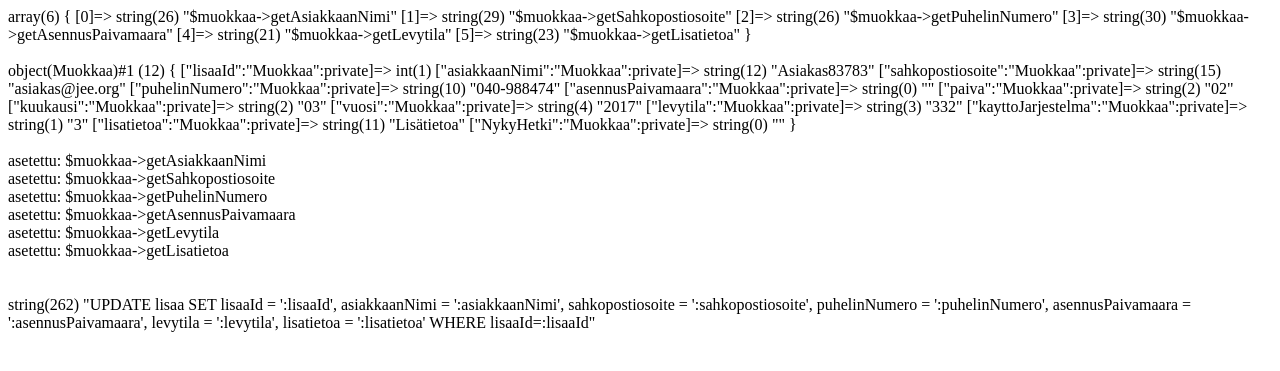
Repository: TommiKurjensalo/php
Page: http://localhost/test/function_to_function.php
The author's editor kept a copy of each file at every save. The page is drawn from the files as they stood at one save, then again after the next save.
The browser window is 1280 px wide. The pictures show the whole page.
The page is run by PHP 8.4 with error messages shown; the project is at /var/www/html/.

Above is the page before, as saved 2017-04-25 16:37:53.

### sivut/test/function_to_function.php
<?php

$m = new Muokkaa(1,"Asiakas83783","asiakas@jee.org","040-988474","02","03","2017","332","3","Lisätietoa");

$m->muokkaaAsiakas($m);

class Muokkaa {

	// luokan attribuutit
	private $lisaaId = "";
	private $asiakkaanNimi = "";
	private $sahkopostiosoite = "";
	private $puhelinNumero = "";
	private $asennusPaivamaara = "";
	private $paiva = "";
	private $kuukausi = "";
	private $vuosi = "";
	private $levytila = "";
	private $kayttoJarjestelma = "";
	private $lisatietoa = "";
	private $NykyHetki = "";

	// Etsitään sopiva konstruktori
	function __construct() {
		$get_arguments       = func_get_args();
		$number_of_arguments = func_num_args();

		if (method_exists($this, $method_name = '__construct'.$number_of_arguments)) {
			call_user_func_array(array($this, $method_name), $get_arguments);
		}
	}


	// Luokan konstruktori
	public function __construct10($uusiId="", $uusiAsiakkaanNimi = "", $uusiSahkopostiosoite = "", $uusiPuhelinNumero = "",
			$uusiPaiva = "", $uusiKuukausi = "", $uusiVuosi = "",
			$uusiLevytila = "", $uusiKayttoJarjestelma = "", $uusiLisatietoa = "")
	{

		// trim poistaa tyhjät merkkijonon alusta ja lopusta
		$this->lisaaId = ($uusiId);
		$this->asiakkaanNimi = trim($uusiAsiakkaanNimi);
		$this->sahkopostiosoite = trim($uusiSahkopostiosoite);
		$this->puhelinNumero = trim($uusiPuhelinNumero);
		$this->paiva = trim($uusiPaiva);
		$this->kuukausi = trim($uusiKuukausi);
		$this->vuosi = trim($uusiVuosi);
		$this->levytila = trim($uusiLevytila);
		$this->kayttoJarjestelma = trim($uusiKayttoJarjestelma);
		$this->lisatietoa = trim($uusiLisatietoa);
	}

	// Luokan konstruktori haeAsiakas toimintoa varten
	public function __construct2($uusiId="", $uusiAsiakkaanNimi = "")

	{
		// trim poistaa tyhjät merkkijonon alusta ja lopusta
		$this->lisaaId = ($uusiId);
		$this->asiakkaanNimi = trim($uusiAsiakkaanNimi);
		$this->paiva = trim($uusiPaiva);
		$this->kuukausi = trim($uusiKuukausi);
		$this->vuosi = trim($uusiVuosi);
		$this->kayttoJarjestelma = trim($uusiKayttoJarjestelma);
	}

	// Muuttaa/asettaa lisaaId-attribuutin
	public function setLisaaId($uusiId) {
		$this->lisaaId = $uusiId;
	}

	// Palauttaa lisaaId-attribuutin
	public function getLisaaId() {
		return $this->lisaaId;
	}

	// Muuttaa/asettaa asiakkaanNimi-attribuutin
	public function setAsiakkaanNimi($uusiAsiakkaanNimi) {
		$this->asiakkaanNimi = $uusiAsiakkaanNimi;
	}

	// Palauttaa asiakkaanNimi-attribuutin
	public function getAsiakkaanNimi() {
		return $this->asiakkaanNimi;
	}


	// $empty kertoo, saako kenttä olla tyhjä (FALSE=>ei saa olla eli on pakollinen)
	// $min kertoo kentän minimipituuden merkkeinä
	// $max kertoo kentän maksimipituuden merkkeinä
	public function checkAsiakkaanNimi($required, $min, $max) {

		// Jos kenttä saa olla tyhjä ja se on tyhjä, ei ole virhettä
		if ($required === FALSE && strlen($this->asiakkaanNimi) == 0)
			return 0;

		if ($required === TRUE) {
			// Jos kenttä on tyhjä
			if (strlen($this->asiakkaanNimi) == 0)
				return 1;

			// Jos kentässä on liian vähän tai liikaa merkkejä
			if (strlen($this->asiakkaanNimi) < $min || strlen($this->asiakkaanNimi) > $max)
				return 2;

			// Jos kentässä on sinne kuulumattomia merkkejä
			if (preg_match("/[^a-zåäöA-ZÅÄÖ0-9 \-]/", $this->asiakkaanNimi))
				return 3;

		}
		// Ei ollut virheitä
		return 0;

	}

	// *******************************************************
	// Muuttaa/asettaa sahkopostiosoite-attribuutin
	public function setSahkopostiosoite($uusiSahkopostiosoite) {
		$this->sahkopostiosoite = $uusiSahkopostiosoite;
	}

	// Palauttaa sahkopostiosoite-attribuutin
	public function getSahkopostiosoite() {
		return $this->sahkopostiosoite;
	}

	public function checkSahkopostiosoite($required) {

		// Jos kenttä saa olla tyhjä ja se on tyhjä, ei ole virhettä
		if ($required === FALSE && strlen($this->sahkopostiosoite) == 0)
			return 0;

		if ($required == TRUE) {
			// Jos kenttä on tyhjä
			if (strlen($this->sahkopostiosoite) == 0)
				return 4;

			// Jos kentässä on sinne kuulumattomia merkkejä
			// Hyväksytyt merkit ovat A-Z a-z 0-9 . - ja maatunnus 2-4 merkkiä (A-Z a-z)
			if (!preg_match('/^[A-Öa-ö0-9._-]+@[A-Öa-ö0-9.-]+\.[A-Za-z]{2,4}$/', $this->sahkopostiosoite))
				return 5;

		}

		return 0;
	}

	// *******************************************************
	// Muuttaa/asettaa puhelinNumero-attribuutin
	public function setPuhelinNumero($uusiPuhelinNumero) {
		$this->puhelinNumero = $uusiPuhelinNumero;
	}

	// Palauttaa puhelinNumero-attribuutin
	public function getPuhelinNumero() {
		return $this->puhelinNumero;
	}

	public function checkPuhelinNumero($required, $min, $max) {

		// Jos kenttä saa olla tyhjä ja se on tyhjä, ei ole virhettä
		if ($required === FALSE && strlen($this->puhelinNumero) == 0)
			return 0;

		if ($required === TRUE) {
			// Jos kenttä on tyhjä
			if (strlen($this->puhelinNumero) == 0)
				return 6;

			// Jos kentässä on liian vähän merkkejä/numeroita
			if (strlen($this->puhelinNumero) < $min || strlen($this->puhelinNumero) > $max) {
				return 20;
			}
			// Jos kentässä on sinne kuulumattomia merkkejä
			// Sallittu vain numerot 0-9, välilyönti ja välimerkki '-'
			elseif (!preg_match('/^(\d){0,4}[-]{1}[(\d\s)]{0,17}$/D', $this->puhelinNumero)) {
				return 7;
			}

		}
		// Ei ollut virheitä
		return 0;
	}

	// *******************************************************
	// Muuttaa/asettaa asennusPaivamaara-attribuutin
	public function setAsennusPaivamaara($uusiAsennusPaivamaara) {
		$this->asennusPaivamaara = $uusiAsennusPaivamaara;
	}

	// Palauttaa asennusPaivamaara-attribuutin
	public function getAsennusPaivamaara() {
		return $this->asennusPaivamaara;
	}

	// *******************************************************
	// Muuttaa/asettaa paiva-attribuutin
	public function setPaiva($uusiPaiva) {
		$this->paiva = $uusiPaiva;
	}

	// Palauttaa paiva-attribuutin
	public function getPaiva() {
		return $this->paiva;
	}

	// *******************************************************
	// Muuttaa/asettaa kuukausi-attribuutin
	public function setKuukausi($uusiKuukausi) {
		$this->kuukausi = $uusiKuukausi;
	}

	// Palauttaa kuukausi-attribuutin
	public function getKuukausi() {
		return $this->kuukausi;
	}

	// *******************************************************
	// Muuttaa/asettaa vuosi-attribuutin
	public function setVuosi($uusiVuosi) {
		$this->vuosi = $uusiVuosi;
	}

	// Palauttaa vuosi-attribuutin
	public function getVuosi() {
		return $this->vuosi;
	}

	// Palauttaa nykyhetki-attribuutin
	// Käytetään testaukseen
	public function getNykyHetki() {
		return $this->NykyHetki;
	}

	public function checkAsennusPaivamaara($required) {


		if ($required === TRUE) {
			// Jos kentät on tyhjiä

			if (strpos($this->paiva, 'none') !==FALSE || strpos($this->kuukausi, 'none') !==FALSE
					|| strpos($this->vuosi, 'none') !==FALSE) {
						return 8;
					}
					// Määritellään muuttujia päivämäärän tulevaisuuden tarkistamista varten
					$paivaFormaatti='j.n.Y';
					$nykyHetki = new DateTime('now', new DateTimeZone('Europe/Helsinki'));
					// Muutetaan tuodut päivä,kuukausi ja vuositiedot DateTime muotoon, jotta sitä voidaan helpommin vertailla
					// ja viedä yhdellä muuttujalle tiedot sivulle
					$DateAsennusPaivamaara = DateTime::createFromFormat($paivaFormaatti,"$this->paiva.$this->kuukausi.$this->vuosi");
					$this->asennusPaivamaara = $DateAsennusPaivamaara;
					$this->NykyHetki = $nykyHetki;

					// Jos asetettu päivämääärä on tulevaisuudessa
					if($DateAsennusPaivamaara > $nykyHetki)
						return 9;
		}
		// Muuten palautetaan 0, aka kaikki hyvin
		return 0;
	}

	public function setErotteleAsennusPaivamaara($asennusPaivamaara) {

		if (!empty($asennusPaivamaara)) {
			list($uusiVuosi,$uusiKuukausi,$UusiPaiva) = explode(".",$asennusPaivamaara);

			$this->setPaiva($UusiPaiva);
			$this->setKuukausi($uusiKuukausi);
			$this->setVuosi($uusiVuosi);
		}


	}

	// *******************************************************
	// Muuttaa/asettaa levytila-attribuutin
	public function setLevytila($uusiLevytila) {
		$this->levytila = $uusiLevytila;
	}

	// Palauttaa levytila-attribuutin
	public function getLevytila() {
		return $this->levytila;
	}

	public function checkLevytila($required) {

		// Jos kenttä saa olla tyhjä ja se on tyhjä, ei ole virhettä
		if ($required === FALSE && strlen($this->levytila) == 0)
			return 0;

		if ($required === TRUE) {
			// Jos kenttä on tyhjä
			if (strlen($this->levytila) == 0)
				return 10;

			// Jos kentässä on sinne kuulumattomia merkkejä
			if (preg_match("[\d{1-5}]", $this->levytila))
				return 11;

			// Jos levytila on 0 tai negatiivinen kokonaisluku
			if ($this->levytila <= 0)
				return 21;
		}

		return 0;
	}

	// *******************************************************
	// Muuttaa/asettaa kayttoJarjestelma-attribuutin
	public function setKayttoJarjestelma($uusiKayttoJarjestelma) {
		$this->kayttoJarjestelma = $uusiKayttoJarjestelma;
	}

	// Palauttaa kayttoJarjestelma-attribuutin
	public function getKayttoJarjestelma() {
		return $this->kayttoJarjestelma;
	}

	public function checkKayttoJarjestelma($required) {

		// Jos kenttä saa olla tyhjä ja se on tyhjä, ei ole virhettä
		if ($required === FALSE && strlen($this->kayttoJarjestelma) == 0)
			return 0;

		if ($required === TRUE) {
			// Jos käyttöjärjestelmää ei ole valittu
			if (strpos($this->kayttoJarjestelma, 'none') !==FALSE)
				return 12;
		}
		// Ei ollut virheitä
		return 0;
	}

	// *******************************************************
	// Muuttaa/asettaa kayttoJarjestelma-attribuutin
	public function setLisatietoa($uusiLisatietoa) {
		$this->lisatietoa = $uusiLisatietoa;
	}

	// Palauttaa kayttoJarjestelma-attribuutin
	public function getLisatietoa() {
		return $this->lisatietoa;
	}

	public function checkLisatietoa ($required, $min, $max) {

		// Jos kenttä saa olla tyhjä ja se on tyhjä, ei ole virhettä
		if ($required === FALSE && strlen($this->lisatietoa) == 0)
			return 0;


		if ($required === TRUE) {
			// Jos kenttä on tyhjä
			if (strlen($this->lisatietoa) == 0)
				return 13;

			// Jos kentässä on liian vähän tekstiä
			if (strlen($this->lisatietoa) < $min || strlen($this->lisatietoa) > $max)
				return 14;

		}
		// Ei ollut virheitä
		return 0;
	}

public function muokkaaAsiakas($muokkaa) {

	$tulos = array();
	$table = 'lisaa';
	$where = 'lisaaId=:lisaaId';
	$a = '$muokkaa->get';
	$lista = [$a.'AsiakkaanNimi',$a.'Sahkopostiosoite',$a.'PuhelinNumero',$a.'AsennusPaivamaara',$a.'Levytila',$a.'Lisatietoa'];

	var_dump($lista);
	echo "<br><br>";
	var_dump($muokkaa);

	echo "<br><br>";
	for ($i=0; $i<=5; $i++) {
		if (isset($lista[$i])) {
			echo 'asetettu: ' .$lista[$i].'<br>';
		}
	}

	$data = ["lisaaId" => ":lisaaId","asiakkaanNimi" => ":asiakkaanNimi","sahkopostiosoite"=>":sahkopostiosoite","puhelinNumero"=>":puhelinNumero",
			"asennusPaivamaara"=>":asennusPaivamaara","levytila"=>":levytila","lisatietoa"=>":lisatietoa"];

	function build_sql_update($table, $data, $where)
	{
		$cols = array();

		foreach($data as $key=>$val) {
			$cols[] = "$key = '$val'";
		}
		$sql = "UPDATE $table SET " . implode(', ', $cols) . " WHERE $where";

		return $sql;
	}

	$sql_lisaa = build_sql_update($table,$data,$where);
	//$sql_lisaa = Muokkaa::build_sql_update($table, $data, $where);
	echo "<br><br>";
	var_dump($sql_lisaa);
}
}
?>

After the next save:
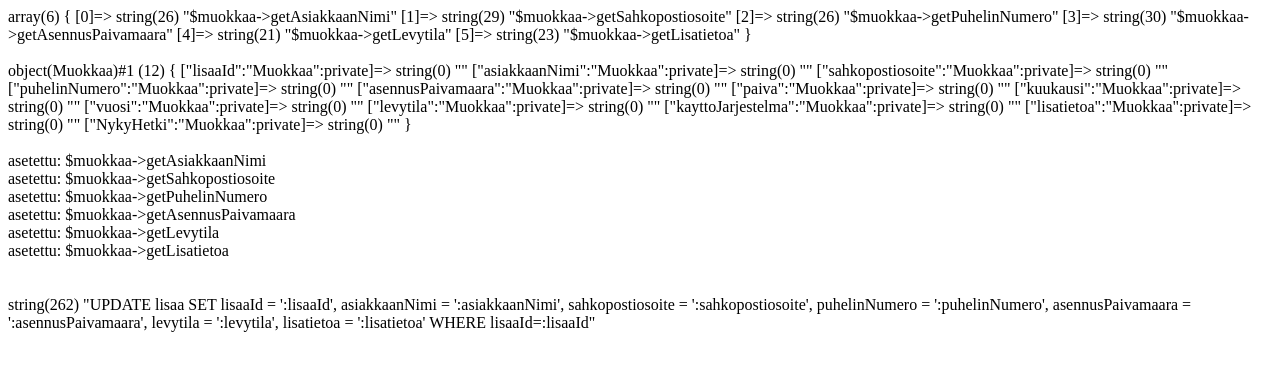
Saved 47 s later.
--- a/sivut/test/function_to_function.php
+++ b/sivut/test/function_to_function.php
@@ -1,6 +1,6 @@
 <?php
 
-$m = new Muokkaa(1,"Asiakas83783","asiakas@jee.org","040-988474","02","03","2017","332","3","Lisätietoa");
+$m = new Muokkaa("asiakas@jee.org","040-988474","02","03","2017","332","3","Lisätietoa");
 
 $m->muokkaaAsiakas($m);
 
